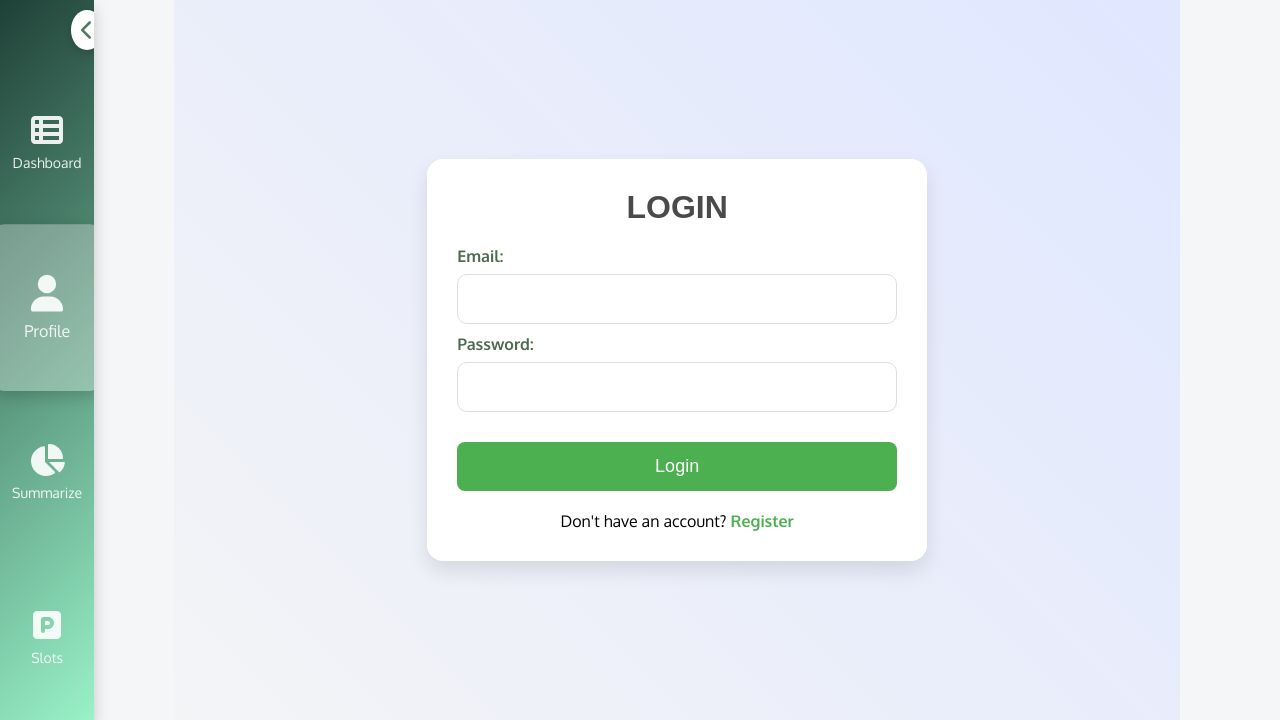
Repository: minhnhat2803/Thesis-Web-Mobile
Page: /slots (app in client/)
These files come from the project's save history. The page is drawn as it stood at one moment and after the next save; the edit follows.
The browser window is 1280 px wide. The pictures show the whole page.
The project was rebuilt for these pictures with package versions that can differ from the ones it lists, and the page was loaded fresh each time. Also part of the build but not shown: client/vite.config.js, client/src/styles/Header.module.css, client/src/components/Header.jsx, client/src/styles/pages/Dashboard.module.css, client/src/actions/index.js, client/src/components/Dashboard.jsx, client/src/styles/Table.module.css, client/src/components/Table.jsx and 3 more.

Above is the page before, as saved 2025-01-03 20:36:11.

After the next save:
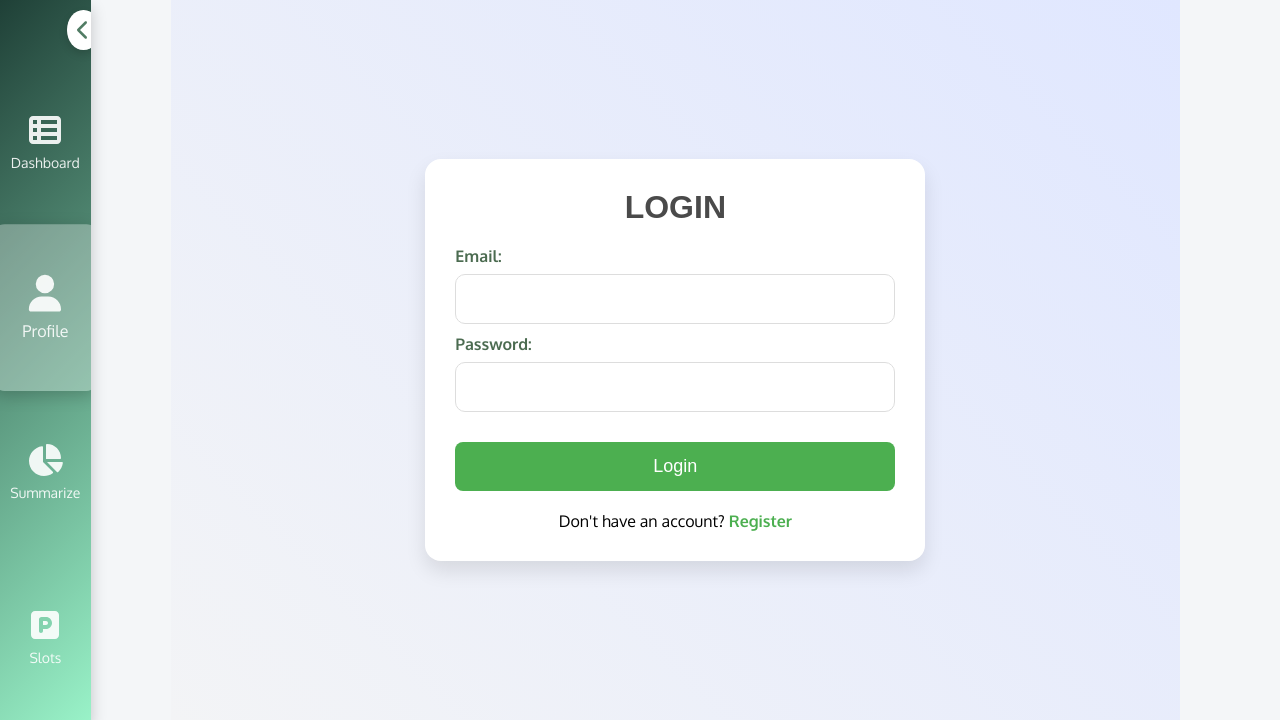
Saved 7 s later.
--- a/client/src/styles/TabBar.module.css
+++ b/client/src/styles/TabBar.module.css
@@ -1,5 +1,5 @@
 .tabBar-container {
-  width: 120px;
+  width: 115px;
   background: linear-gradient(135deg, #1f4037, #99f2c8);
   border-right: none;
   box-shadow: 0 8px 15px rgba(0, 0, 0, 0.2);
